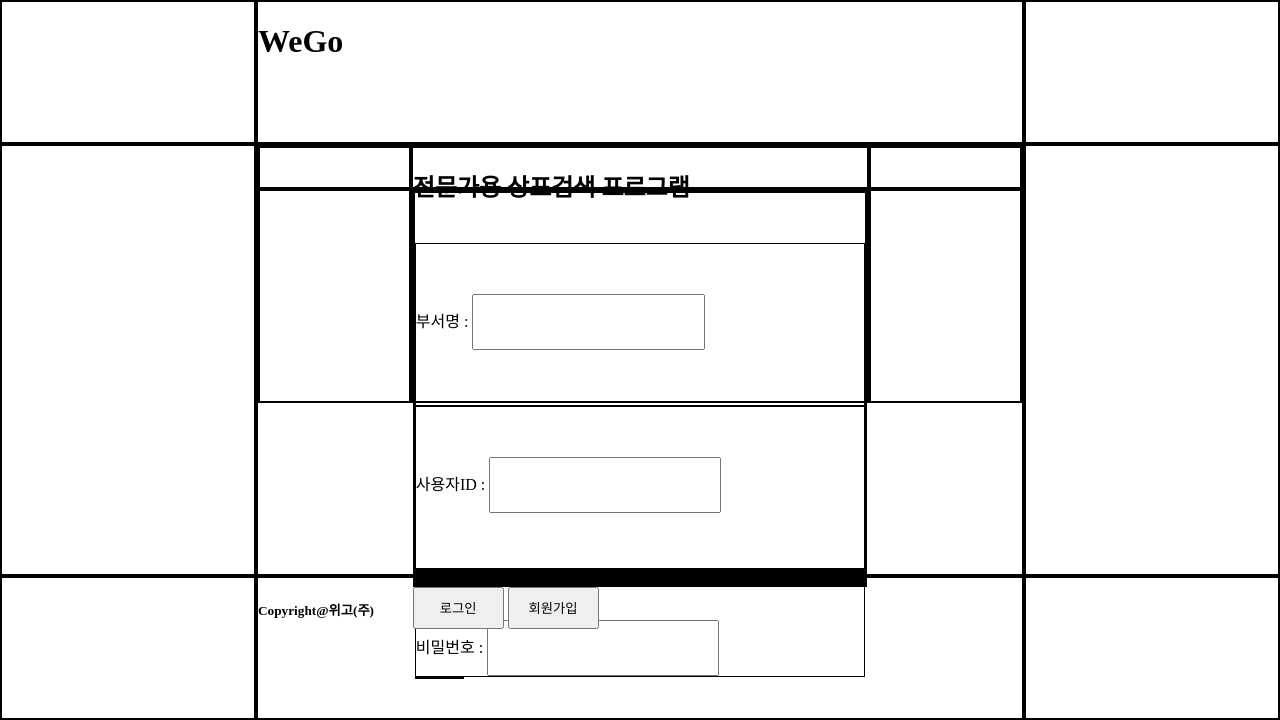
Repository: hamuse/wego1
Page: http://localhost/teamW1/facade.do
These files come from the project's save history. The page is drawn as it stood at one moment and after the next save; the edit follows.
The browser window is 1280 px wide. The pictures show the whole page.
Some web libraries are served in a nearby version. The page is served by Tomcat 9.

Above is the page before, as saved 2019-10-07 10:50:21.

After the next save:
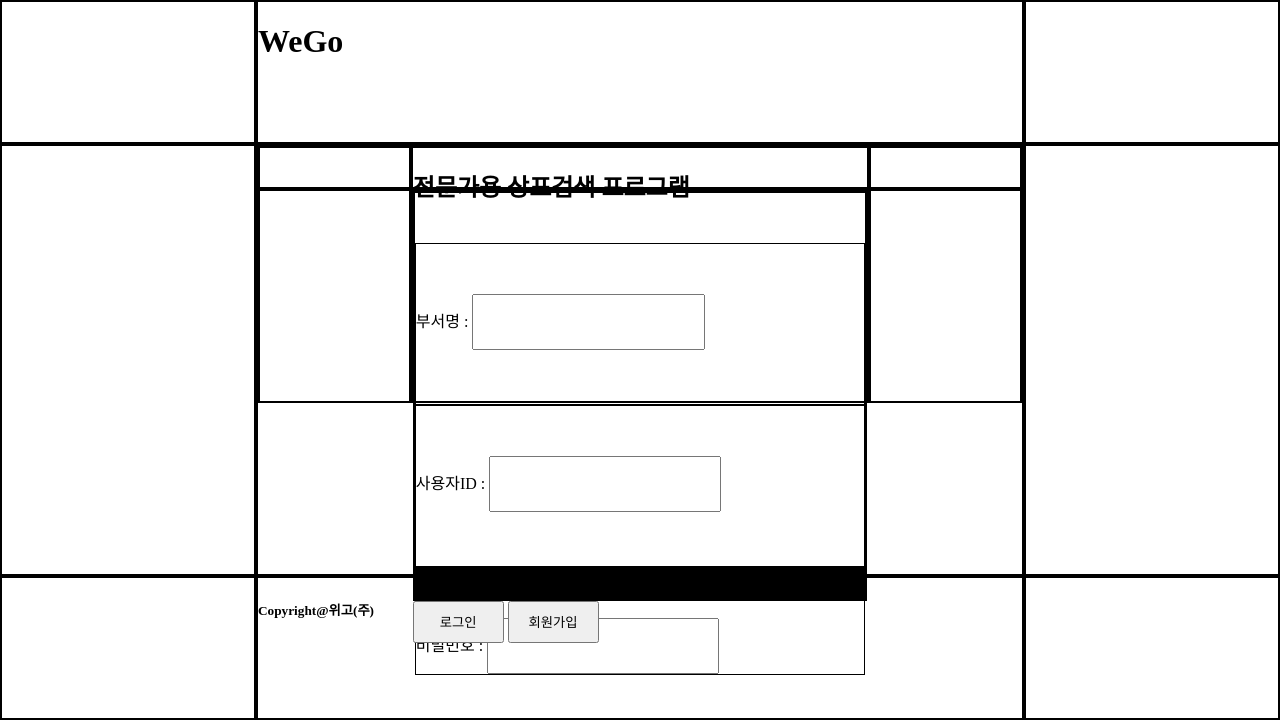
Saved 14 s later.
--- a/teamW1/WebContent/WEB-INF/views/facade/login.jsp
+++ b/teamW1/WebContent/WEB-INF/views/facade/login.jsp
@@ -13,8 +13,11 @@
     <div id="login_tab_item_3">
     비밀번호 : <input id="userPw" class="input_text" type="text" name="eName"/>
     </div>
-    <div></div>
 </div>
+<div></div>
+<div></div>
+<div></div>
+<div></div>
 <div></div>
 <div></div>
 <div></div>
